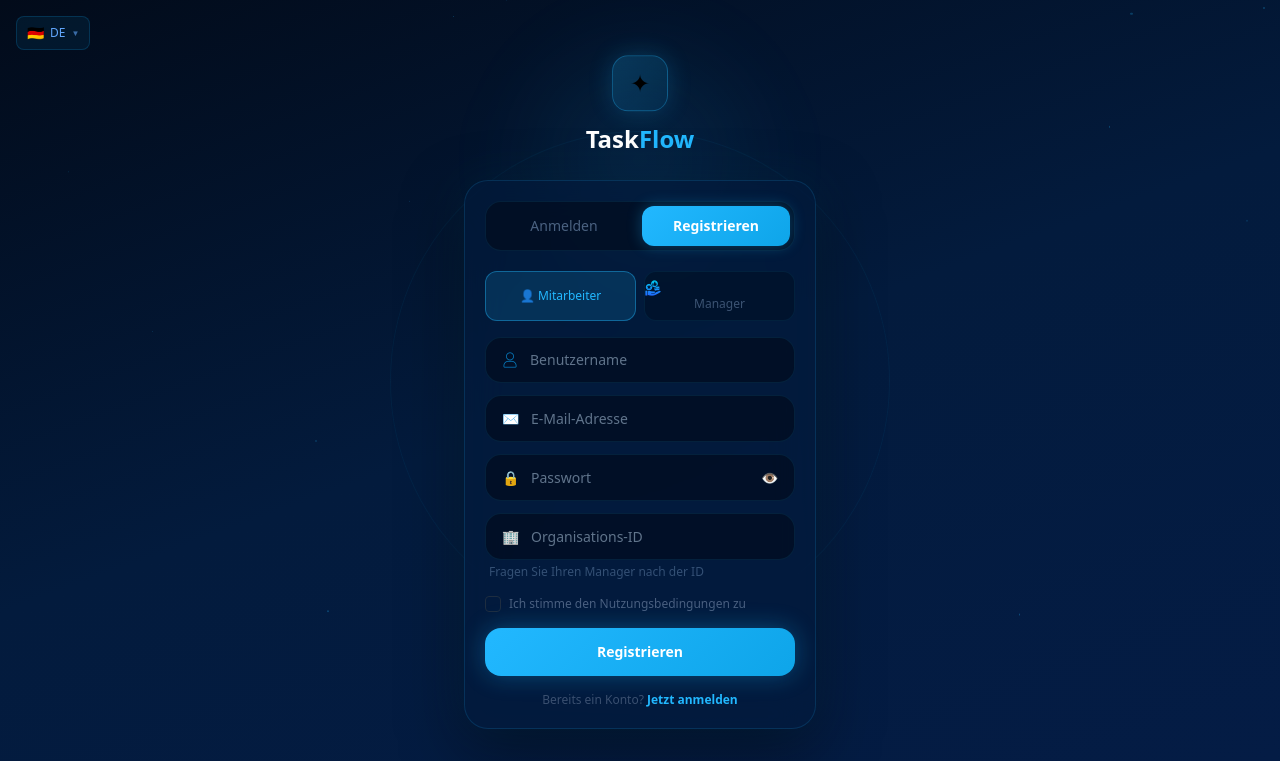
Repository: IssamSaed98/TaskManager.Frontend
Page: /, after clicking the first element matching `div.rounded-2xl > :nth-child(2)`
The author's editor kept a copy of each file at every save. The page is drawn from the files as they stood at one save, then again after the next save.
The browser window is 1280 px wide. The pictures show the whole page.
The project was rebuilt for these pictures with package versions that can differ from the ones it lists, and the page was loaded fresh each time. Also part of the build but not shown: vite.config.js, src/pages/AdminDashboard.jsx, src/components/TaskForm.jsx, src/components/TaskCard.jsx, src/components/KanbanBoard.jsx.

Above is the page before, as saved 2026-06-01 15:07:32.

After the next save:
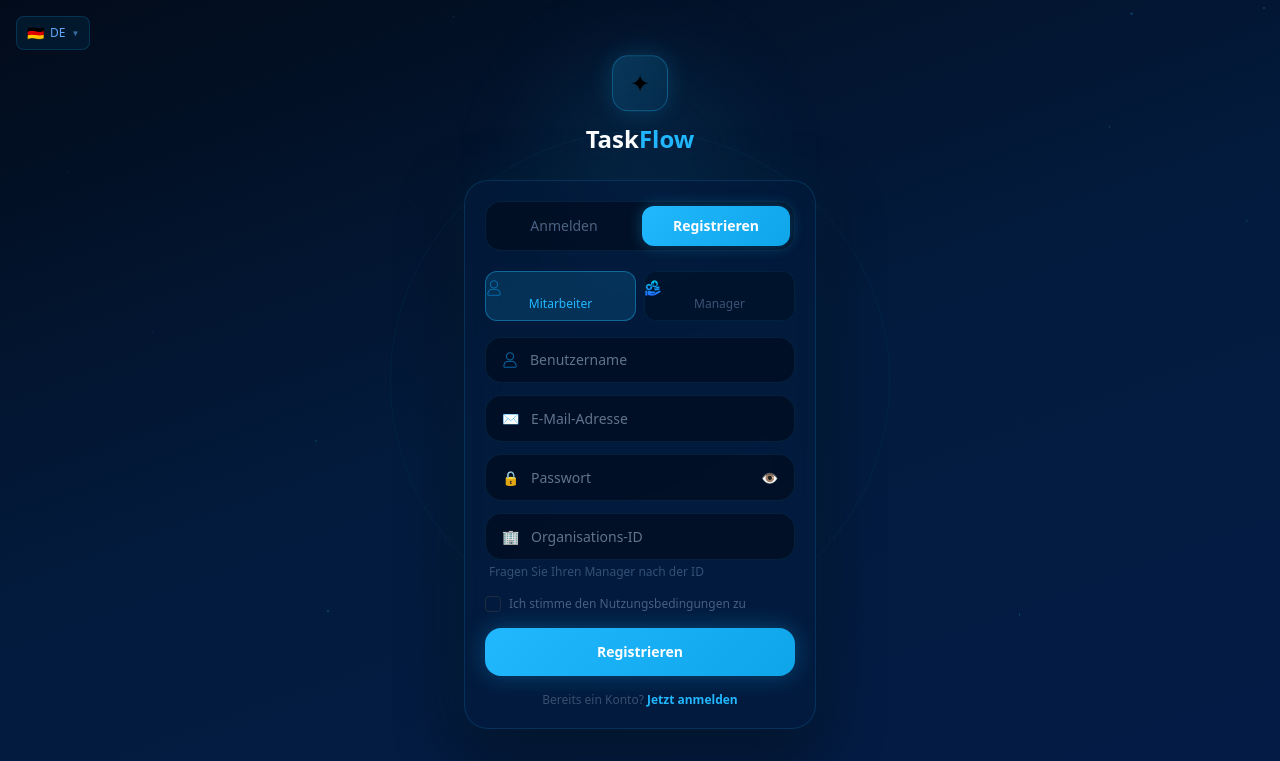
Saved 34 s later.
--- a/src/pages/Register.jsx
+++ b/src/pages/Register.jsx
@@ -171,7 +171,7 @@ function Register({ onRegister, goToLogin }) {
                 border: `1px solid ${!isAdmin ? 'rgba(34,184,255,0.4)' : 'rgba(34,184,255,0.08)'}`,
                 color: !isAdmin ? '#22B8FF' : 'rgba(148,180,220,0.4)',
               }}>
-              👤 {t('employee')}
+               <img src={mitAr} style={myStyleSecond}/> {t('employee')}
             </button>
             <button
               onClick={() => setRole('admin')}
